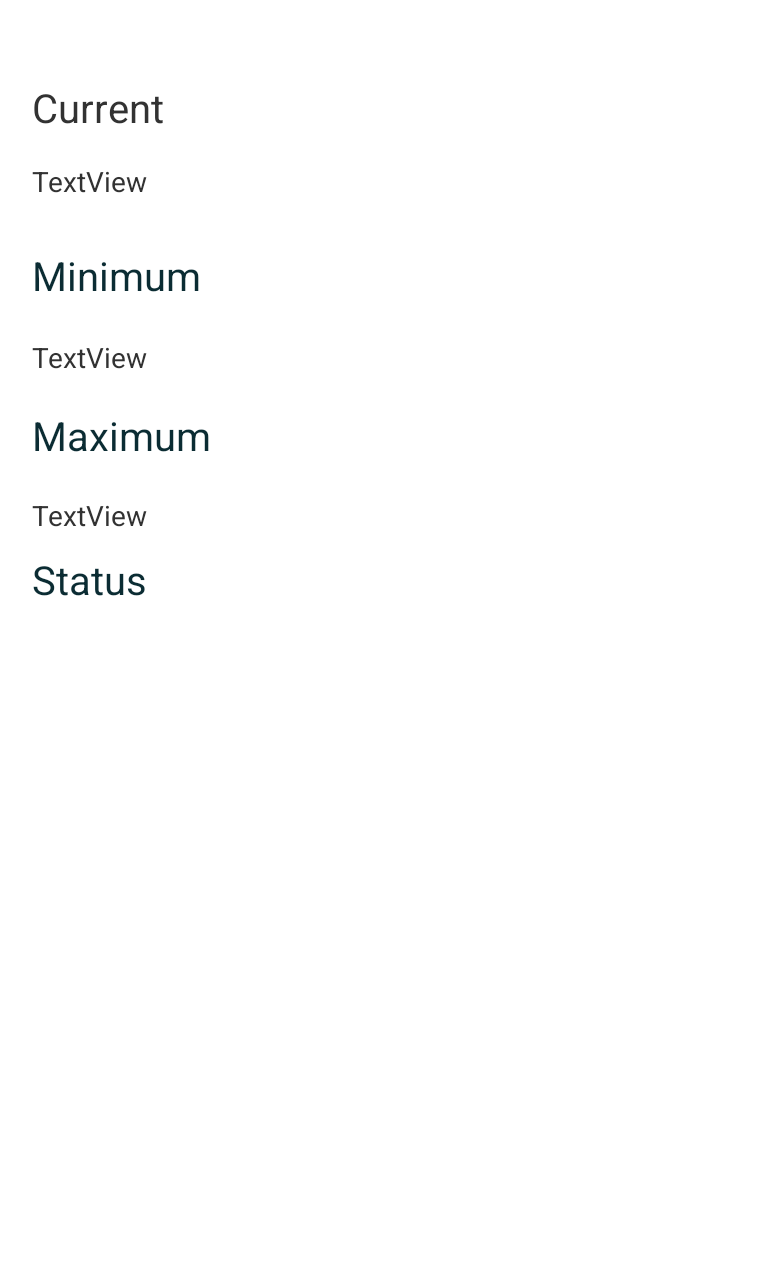
Repository: CTIS-SP-Team5/greenAgent
Layout: Android/GreenAgent/GreenAgent/res/layout/activity_sensor.xml
These files come from the project's save history. The layout is drawn as it stood at one moment and after the next save; the edit follows.
It is drawn on a 768 x 1280 px phone screen (xhdpi) without system bars, with theme AppTheme; the app's code is not run.

Above is the layout before, as saved 2014-05-05 14:27:14.

After the next save:
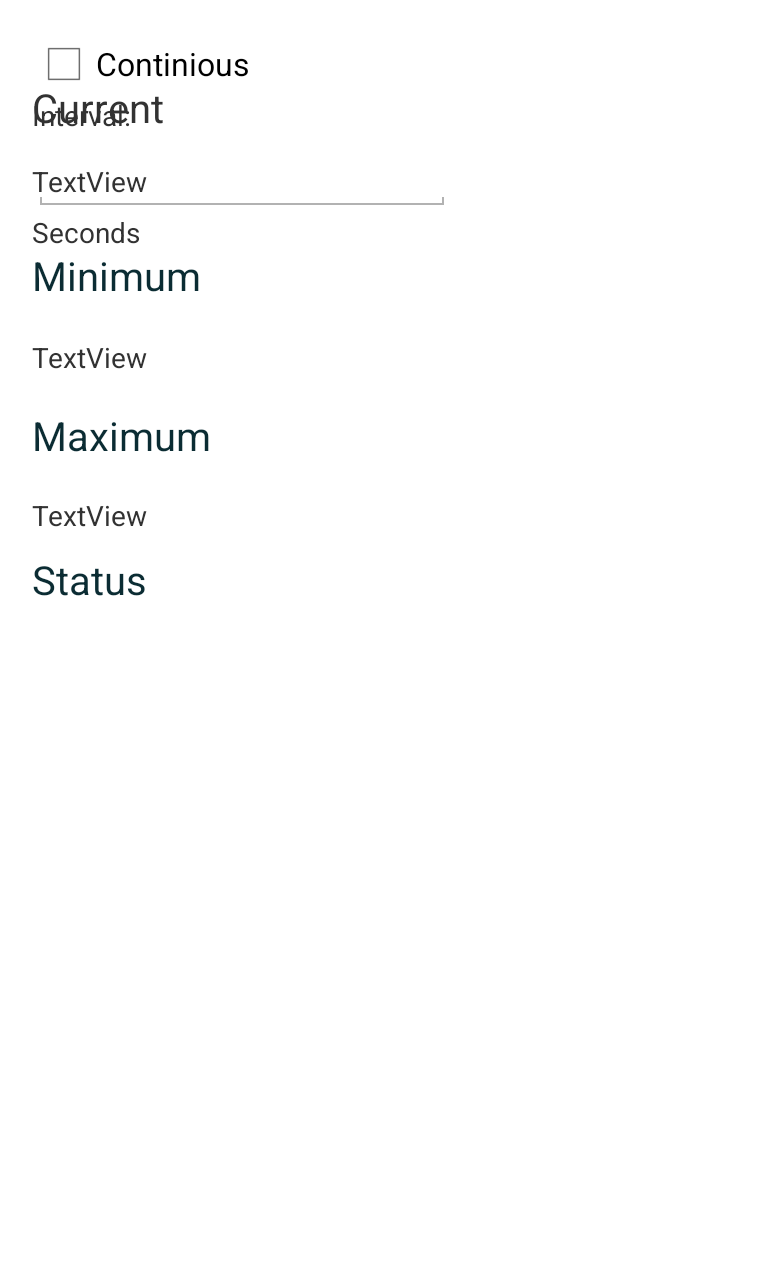
Saved 12 s later.
--- a/Android/GreenAgent/GreenAgent/res/layout/activity_sensor.xml
+++ b/Android/GreenAgent/GreenAgent/res/layout/activity_sensor.xml
@@ -7,6 +7,55 @@
     android:paddingRight="@dimen/activity_horizontal_margin"
     android:paddingTop="@dimen/activity_vertical_margin"
     tools:context=".SensorActivity" >
+
+    <LinearLayout
+        android:layout_width="wrap_content"
+        android:layout_height="wrap_content"
+        android:layout_alignRight="@+id/Continious"
+        android:layout_alignTop="@+id/Interval"
+        android:layout_marginRight="50dp"
+        android:orientation="vertical" >
+    <CheckBox
+        android:id="@+id/Continious"
+        android:layout_width="wrap_content"
+        android:layout_height="wrap_content"
+        android:layout_alignParentLeft="true"
+        android:layout_alignParentTop="true"
+        android:text="Continious" />
+
+    <TextView
+        android:id="@+id/Interval"
+        android:layout_width="wrap_content"
+        android:layout_height="wrap_content"
+        android:layout_alignBaseline="@+id/Continious"
+        android:layout_alignBottom="@+id/Continious"
+        android:layout_centerHorizontal="true"
+        android:text="Interval:" />
+
+    <EditText
+        android:id="@+id/TF"
+        android:layout_width="wrap_content"
+        android:layout_height="wrap_content"
+        android:layout_alignBottom="@+id/Interval"
+        android:layout_toLeftOf="@+id/Seconds"
+        android:layout_toRightOf="@+id/Interval"
+        android:ems="10" />
+
+    <TextView
+        android:id="@+id/Seconds"
+        android:layout_width="wrap_content"
+        android:layout_height="wrap_content"
+        android:layout_alignBaseline="@+id/Interval"
+        android:layout_alignBottom="@+id/Interval"
+        android:layout_alignParentRight="true"
+        android:layout_marginRight="14dp"
+        android:text="Seconds" />
+
+
+
+
+    </LinearLayout>
+
 
     <TextView
         android:id="@+id/textView2"
